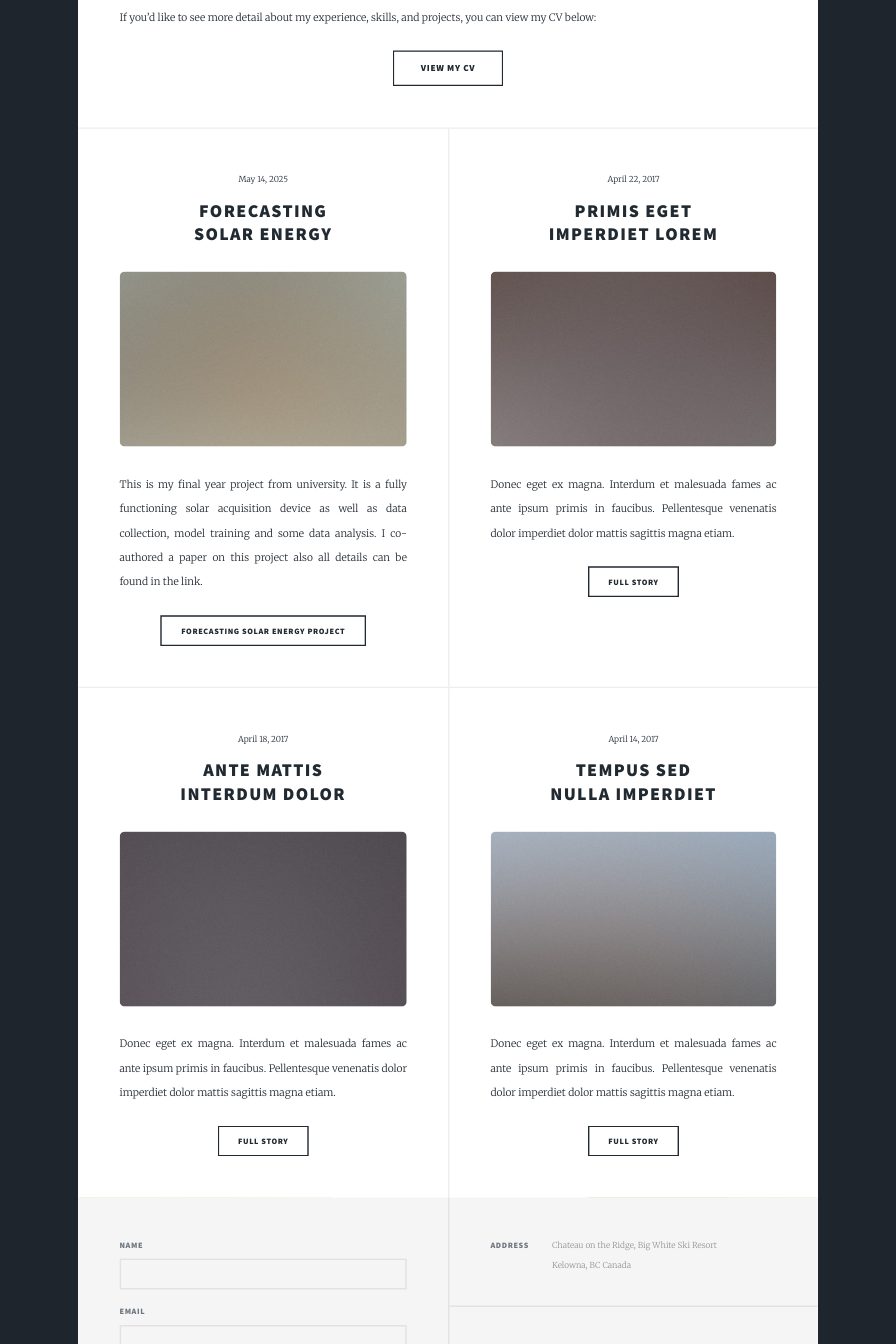
Repository: ciaranscan6/PersonalWebsite
Page: about-me.html
These files come from the project's save history. The page is drawn as it stood at one moment and after the next save; the edit follows.
The browser window is 1280 px wide. The pictures show the part of the page from y = 1860 to 3780 px (the page is 4245 px tall before and 4974 px after), at 70% of full size.
A picture or video elsewhere on the page could not be fetched, so the positions and the page height are approximate.

Above is the page before, as saved 2025-11-22 03:32:31.

### about-me.html
<!DOCTYPE HTML>
<!--
	Massively by HTML5 UP
	html5up.net | @ajlkn
	Free for personal and commercial use under the CCA 3.0 license (html5up.net/license)
-->
<html>
	<head>
		<title>About Me</title>
		<meta charset="utf-8" />
		<meta name="viewport" content="width=device-width, initial-scale=1, user-scalable=no" />
		<link rel="stylesheet" href="assets/css/main.css" />
		<noscript><link rel="stylesheet" href="assets/css/noscript.css" /></noscript>

	</head>
	<body class="is-preload">

		<!-- Wrapper -->
			<div id="wrapper">

				<!-- Header -->
					<header id="header">
						<a href="index.html" class="logo">Ciarán Scanlon</a>
					</header>

				<!-- Nav -->
					<nav id="nav">
						<ul class="links">
							<li><a href="index.html">Projects</a></li>
							<li class="active"><a href="about-me.html">About Me</a></li>
							<li><a href="elements.html">Elements Reference</a></li>
						</ul>
						<ul class="icons">
							<li><a href="#" class="icon brands fa-linkedin"><span class="label">LinkedIn</span></a></li>
							<li><a href="#" class="icon brands fa-facebook-f"><span class="label">Facebook</span></a></li>
							<li><a href="#" class="icon brands fa-instagram"><span class="label">Instagram</span></a></li>
							<li><a href="#" class="icon brands fa-github"><span class="label">GitHub</span></a></li>
						</ul>
					</nav>

				<!-- Main -->
					<div id="main">

						<!-- Post -->
							<article class="post featured">
								<header class="major">
									<span class="date">November 21, 2025</span>
									<h1>A Bit About Me</h1>
									<p>
										I’m a 23-year-old Computer Science graduate from University College Dublin, originally from Longford, Ireland.
										I’m outgoing, adventurous, and love solving real-world problems with technology.
									</p>
								</header>

								<!-- Main portrait / banner image -->
								<div class="image main">
									<img src="images\IMG_2796.JPG" alt="Photo of Ciarán Scanlon" />
								</div>

								<!-- About Me Content -->
								<p>
									I studied Computer Science at <strong>University College Dublin (UCD)</strong>, where I developed a strong foundation in
									software development, problem solving, and working with others on challenging projects. I’m particularly interested in
									<strong>cybersecurity</strong>, <strong>sustainability</strong>, and building software that can make a meaningful difference
									to people and the planet.
								</p>

								<p>
									I enjoy working on projects where I can learn quickly, think creatively, and collaborate with others. Whether it’s
									designing secure systems, improving user experiences, or experimenting with new technologies, I’m always looking for
									opportunities to grow and contribute.
								</p>

							</article>

								<!-- CV Button -->
							<section>
									<h2>Curriculum Vitae</h2>
									<p>
										If you’d like to see more detail about my experience, skills, and projects, you can view my CV below:
									</p>
									<ul class="actions special">
										<li>
											<a href="files\Ciarán_Scanlon_CV.pdf" target="_blank" class="button large">
												View My CV
											</a>
										</li>
									</ul>
							</section>

								<!-- Hobbies: Four mini slideshows -->
							<section class="posts">
									<article>
										<header>
											<span class="date">May 14, 2025</span>
											<h2><a href="#">Forecasting <br> Solar Energy</a></h2>
										</header>
										<a href="#" class="image fit"><img src="images/pic02.jpg" alt="solar device image" /></a>
										<p>This is my final year project from university. It is a fully functioning solar acquisition device as well as data collection, model training and some data analysis. I co-authored a paper on this project also all details can be found in the link.</p>
										<ul class="actions special">
											<li><a href="#" class="button">Forecasting Solar Energy Project</a></li>
										</ul>
									</article>
									<article>
										<header>
											<span class="date">April 22, 2017</span>
											<h2><a href="#">Primis eget<br />
											imperdiet lorem</a></h2>
										</header>
										<a href="#" class="image fit"><img src="images/pic03.jpg" alt="image of other project" /></a>
										<p>Donec eget ex magna. Interdum et malesuada fames ac ante ipsum primis in faucibus. Pellentesque venenatis dolor imperdiet dolor mattis sagittis magna etiam.</p>
										<ul class="actions special">
											<li><a href="#" class="button">Full Story</a></li>
										</ul>
									</article>
									<article>
										<header>
											<span class="date">April 18, 2017</span>
											<h2><a href="#">Ante mattis<br />
											interdum dolor</a></h2>
										</header>
										<a href="#" class="image fit"><img src="images/pic04.jpg" alt="" /></a>
										<p>Donec eget ex magna. Interdum et malesuada fames ac ante ipsum primis in faucibus. Pellentesque venenatis dolor imperdiet dolor mattis sagittis magna etiam.</p>
										<ul class="actions special">
											<li><a href="#" class="button">Full Story</a></li>
										</ul>
									</article>
									<article>
										<header>
											<span class="date">April 14, 2017</span>
											<h2><a href="#">Tempus sed<br />
											nulla imperdiet</a></h2>
										</header>
										<a href="#" class="image fit"><img src="images/pic05.jpg" alt="" /></a>
										<p>Donec eget ex magna. Interdum et malesuada fames ac ante ipsum primis in faucibus. Pellentesque venenatis dolor imperdiet dolor mattis sagittis magna etiam.</p>
										<ul class="actions special">
											<li><a href="#" class="button">Full Story</a></li>
										</ul>
									</article>
							</section>




					</div>

				<!-- Footer -->
					<footer id="footer">
						<section>
							<form method="post" action="https://formspree.io/f/xwpzvnny">
								<div class="fields">
									<div class="field">
										<label for="name">Name</label>
										<input type="text" name="name" id="name" required />
									</div>
									<div class="field">
										<label for="email">Email</label>
										<input type="email" name="email" id="email" required />
									</div>
									<div class="field">
										<label for="message">Message</label>
										<textarea name="message" id="message" rows="3" required></textarea>
									</div>
								</div>

								<input type="hidden" name="_subject" value="New Message From Portfolio Site">

								<ul class="actions">
									<li><input type="submit" value="Send Message" /></li>
								</ul>
							</form>
						</section>

						<section class="split contact">
							<section class="alt">
								<h3>Address</h3>
								<p>Chateau on the Ridge, Big White Ski Resort<br />
								Kelowna, BC Canada</p>
							</section>
							<section>
								<h3>Phone</h3>
								<p><a href="#">(672) 383-1005</a></p>
							</section>
							<section>
								<h3>Email</h3>
								<p><a href="#">cpt.scanlon@gmail.com</a></p>
							</section>
							<section>
								<h3>Social</h3>
								<ul class="icons alt">
									<li><a href="#" class="icon brands alt fa-linkedin"><span class="label">LinkedIn</span></a></li>
									<li><a href="#" class="icon brands alt fa-instagram"><span class="label">Instagram</span></a></li>
									<li><a href="#" class="icon brands alt fa-github"><span class="label">GitHub</span></a></li>
								</ul>
							</section>
						</section>
					</footer>

				<!-- Copyright -->
					<div id="copyright">
						<ul><li>&copy; Untitled</li><li>Design: <a href="https://html5up.net">HTML5 UP</a></li></ul>
					</div>

			</div>

		<!-- Scripts -->
			<script src="assets/js/jquery.min.js"></script>
			<script src="assets/js/jquery.scrollex.min.js"></script>
			<script src="assets/js/jquery.scrolly.min.js"></script>
			<script src="assets/js/browser.min.js"></script>
			<script src="assets/js/breakpoints.min.js"></script>
			<script src="assets/js/util.js"></script>
			<script src="assets/js/main.js"></script>

			<!-- JS: mini-slideshows for each hobby -->
			<script>
				document.addEventListener('DOMContentLoaded', function () {
					const rotators = [
						{
							id: 'gaelic-rotator',
							images: ['images/gaelic1.jpg', 'images/gaelic2.jpg']
						},
						{
							id: 'hiking-rotator',
							images: ['images/hiking1.jpg', 'images/hiking2.jpg']
						},
						{
							id: 'surfing-rotator',
							images: ['images/surf1.jpg', 'images/surf2.jpg']
						},
						{
							id: 'snowboarding-rotator',
							images: ['images/snow1.jpg', 'images/snow2.jpg']
						}
					];

					rotators.forEach(function (rotator) {
						const imgElement = document.getElementById(rotator.id);
						if (!imgElement) return;

						let current = 0;

						function rotate() {
							imgElement.classList.add('fade-out');

							setTimeout(function () {
								current = (current + 1) % rotator.images.length;
								imgElement.src = rotator.images[current];
								imgElement.classList.remove('fade-out');
							}, 400); // matches CSS transition
						}

						// change every 3 seconds
						setInterval(rotate, 5000);
					});
				});
			</script>





	</body>
</html>

Loaded but not shown: assets/css/fontawesome-all.min.css (library); assets/js/jquery.min.js (library); assets/js/jquery.scrollex.min.js (common file); assets/js/jquery.scrolly.min.js (common file); assets/js/browser.min.js (common file); assets/js/breakpoints.min.js (common file); assets/js/util.js (587 lines, source omitted); assets/js/main.js (258 lines, source omitted); assets/css/main.css (4702 lines, source omitted)

After the next save:
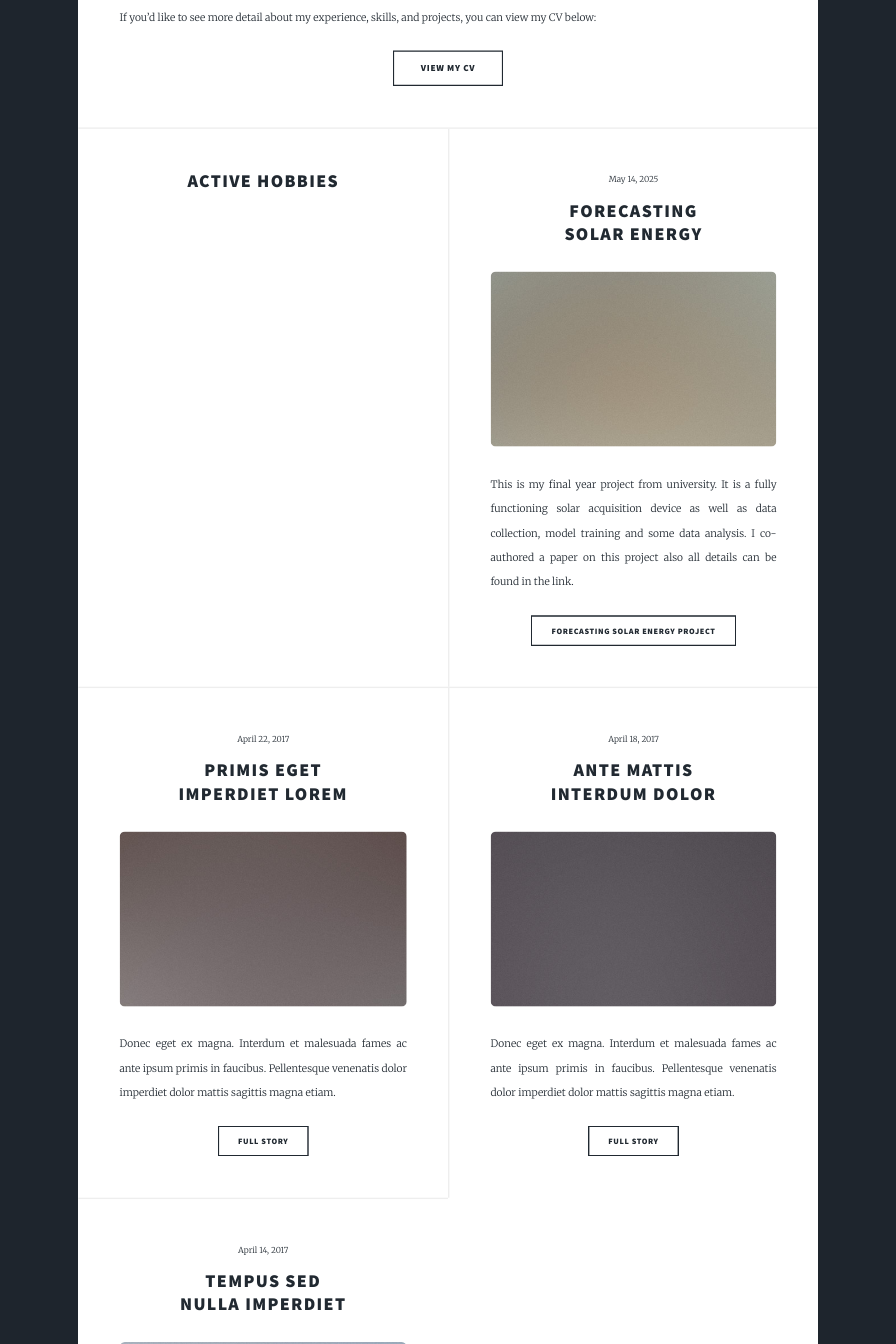
Saved 2 min 21 s later.
--- a/about-me.html
+++ b/about-me.html
@@ -90,6 +90,7 @@
 
 								<!-- Hobbies: Four mini slideshows -->
 							<section class="posts">
+								<h2>Active Hobbies</h2>
 									<article>
 										<header>
 											<span class="date">May 14, 2025</span>
